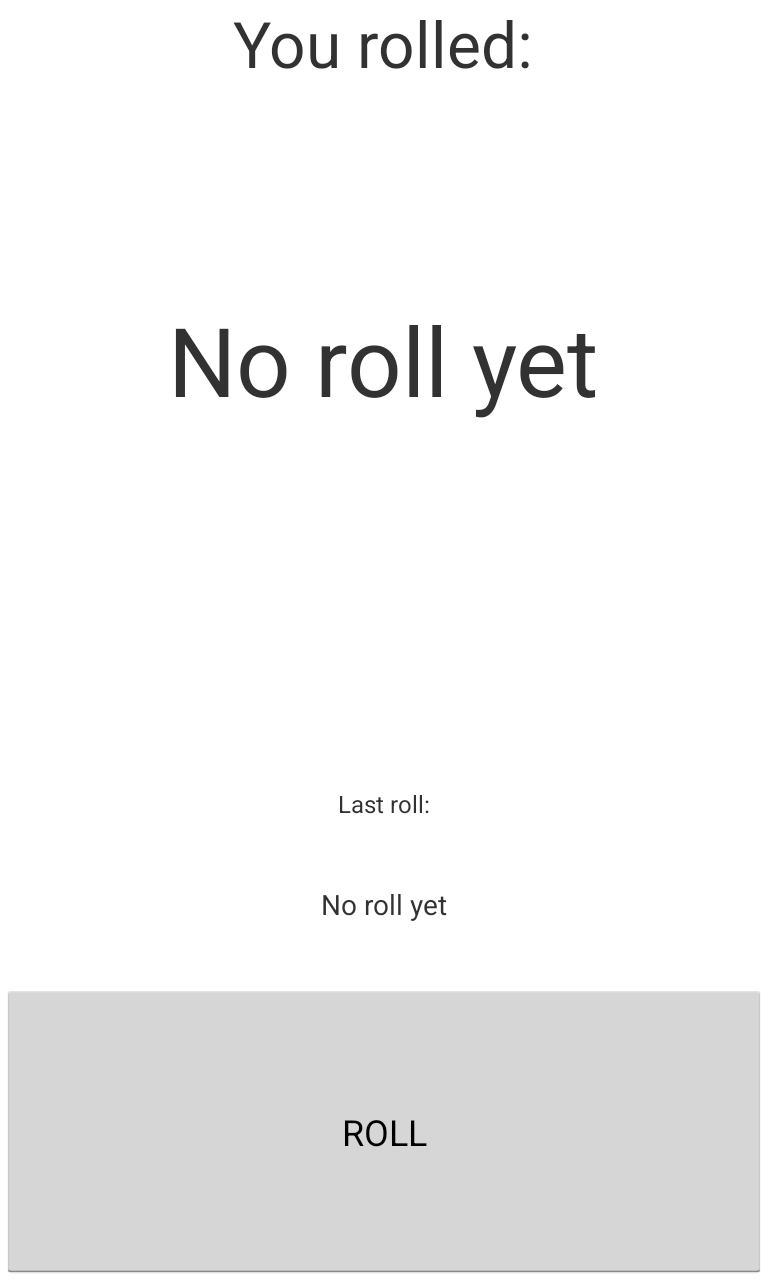
Repository: Bjodol/Roller
Layout: Roller/res/layout/dice_thrower.xml
The author's editor kept a copy of each file at every save. The layout is drawn from the files as they stood at one save, then again after the next save.
It is drawn on a 768 x 1280 px phone screen (xhdpi) without system bars, with theme AppTheme; the app's code is not run. The app's manifest (not shown) leaves right-to-left support off. So textAlignment, textDirection and layoutDirection are ignored, and left and right values win over start and end ones.

Above is the layout before, as saved 2013-08-29 10:33:16.

### Roller/res/layout/dice_thrower.xml
<?xml version="1.0" encoding="utf-8"?>
<LinearLayout xmlns:android="http://schemas.android.com/apk/res/android"
    android:layout_width="match_parent"
    android:layout_height="match_parent"
    android:orientation="vertical" >

    <TextView
        android:id="@+id/dice_type"
        android:layout_width="wrap_content"
        android:layout_height="0dp"

        />

    <TextView
        android:layout_width="wrap_content"
        android:layout_height="0dp"
        android:layout_gravity="center_horizontal"
        android:layout_weight="3"
        android:text="@string/youRolled"
        android:textAlignment="center"
        android:textSize="32sp" />

    <TextView
        android:id="@+id/dice_throw"
        android:layout_width="wrap_content"
        android:layout_height="0dp"
        android:layout_gravity="center"
        android:layout_weight="5"
        android:text="@string/noRolls"
        android:textAlignment="center"
        android:textSize="48sp" />

    <TextView
        android:layout_width="wrap_content"
        android:layout_height="0dp"
        android:layout_gravity="center_horizontal"
        android:layout_weight="1"
        android:text="@string/lastRoll"
        android:textAlignment="center"
        android:textSize="12sp" />

    <TextView
        android:layout_width="wrap_content"
        android:layout_height="0dp"
        android:layout_gravity="center_horizontal"
        android:layout_weight="1"
        android:text="@string/noRolls"
        android:textAlignment="center"
        android:textSize="14sp" />

    <Button
        android:layout_width="fill_parent"
        android:layout_height="0dp"
        android:layout_gravity="center_horizontal"
        android:layout_weight="3"
        android:text="@string/roll" />

</LinearLayout>

### Roller/res/values/strings.xml
<?xml version="1.0" encoding="utf-8"?>
<resources>

    <string name="app_name">Roller</string>
    <string name="action_settings">Settings</string>
    <string name="d20">D20</string>
    <string name="d12">D12</string>
    <string name="d10">D10</string>
    <string name="d8">D8</string>
    <string name="d6">D6</string>
    <string name="d4">D4</string>
    <string name="roll">ROLL</string>
    <string name="youRolled">You rolled:</string>
    <string name="noRolls">No roll yet</string>
    <string name="lastRoll">Last roll:</string>

</resources>

Loaded but not shown: Roller/res/values/styles.xml (common file); Roller/res/values-v11/styles.xml (common file); Roller/res/values-v14/styles.xml (common file)

After the next save:
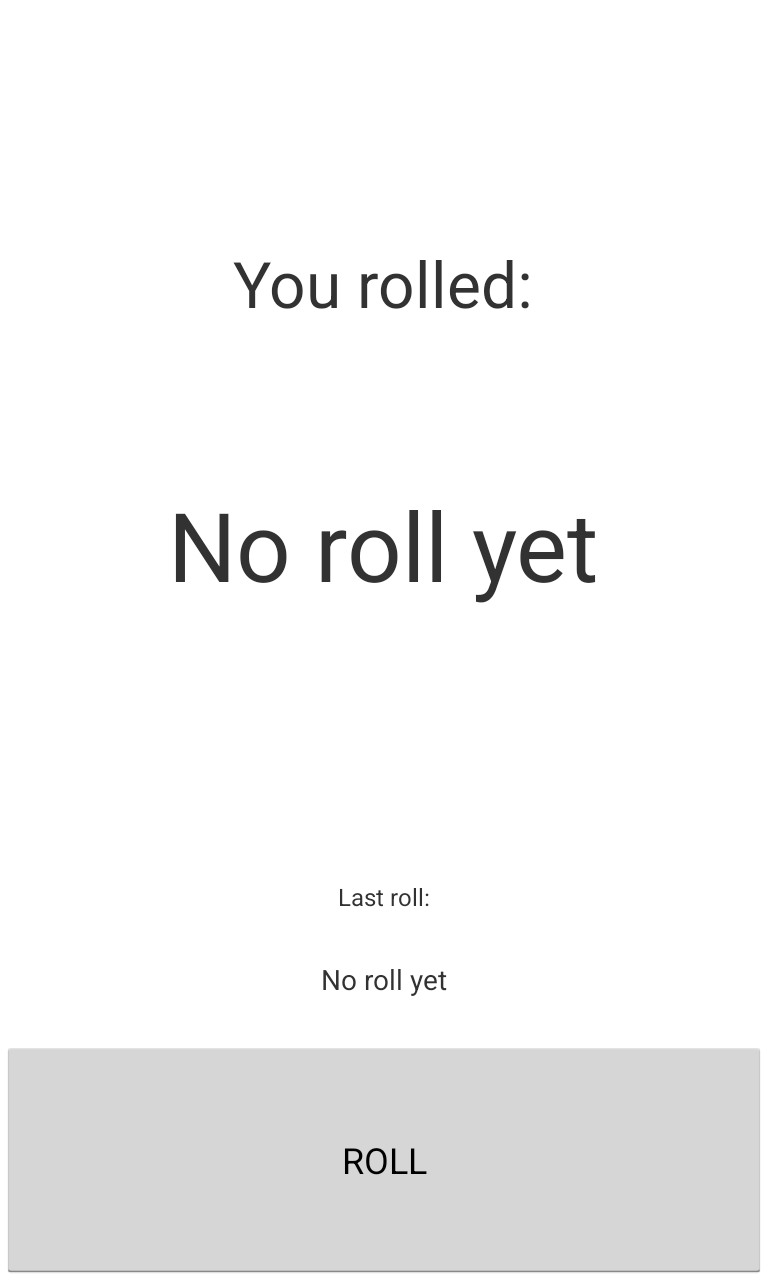
Saved 27 s later.
--- a/Roller/res/layout/dice_thrower.xml
+++ b/Roller/res/layout/dice_thrower.xml
@@ -8,6 +8,8 @@
         android:id="@+id/dice_type"
         android:layout_width="wrap_content"
         android:layout_height="0dp"
+        android:layout_weight="3"
+
 
         />
 
